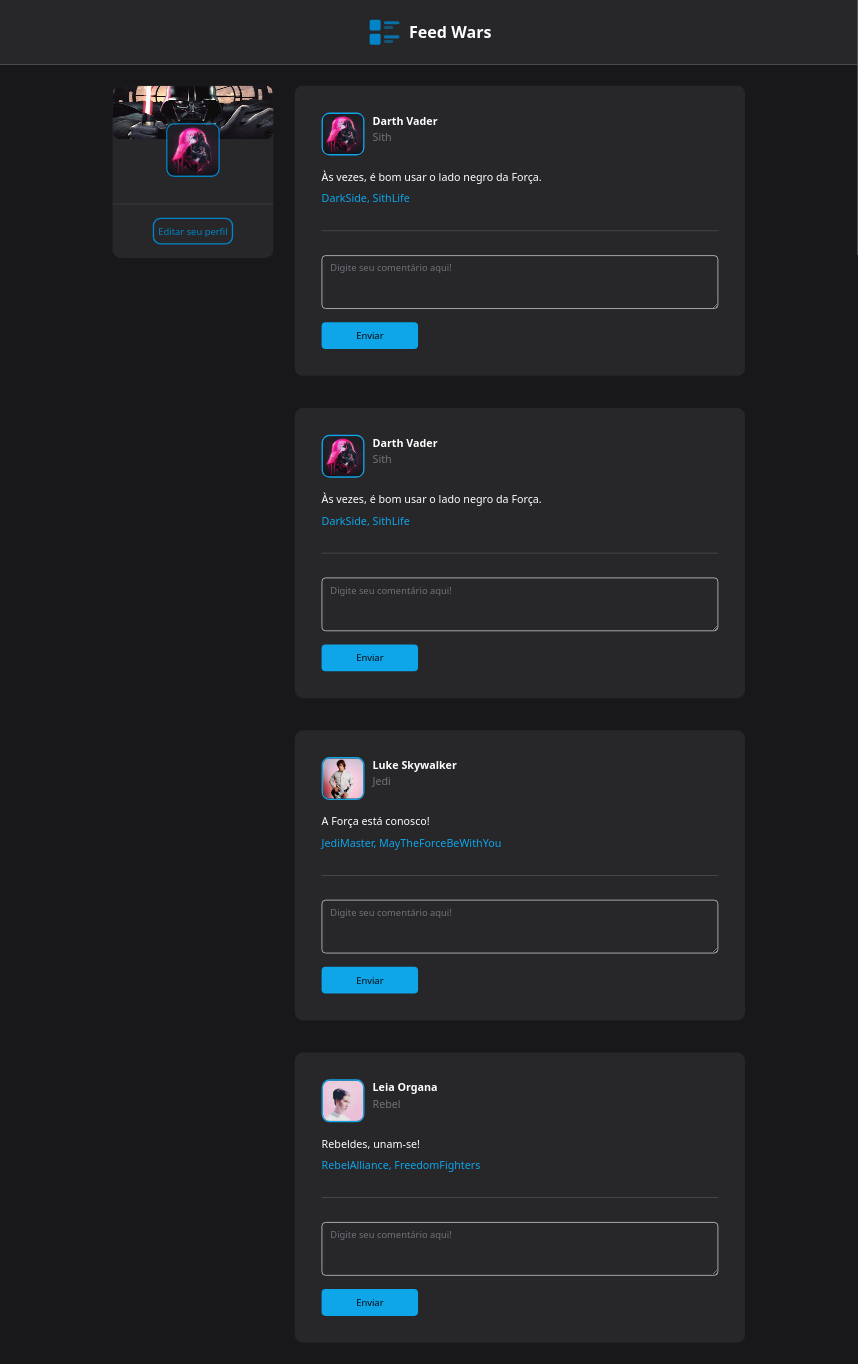
Repository: Brendadosanjos/FeedWars
Page: /
An editor plug-in stored every save of this project. The page is shown before and after the next save, followed by the edit.
The browser window is 1280 px wide. The pictures show the whole page, at 67% of full size.
The page's requests for data from a server got no answer. The project was rebuilt for these pictures with package versions that can differ from the ones it lists, and the page was loaded fresh each time. No one was signed in, and anything a server would have sent is missing. Requests to the local data server were answered from the project's data file. Also part of the build but not shown: vite.config.ts.

Above is the page before, as saved 2024-11-13 14:07:47.

After the next save:
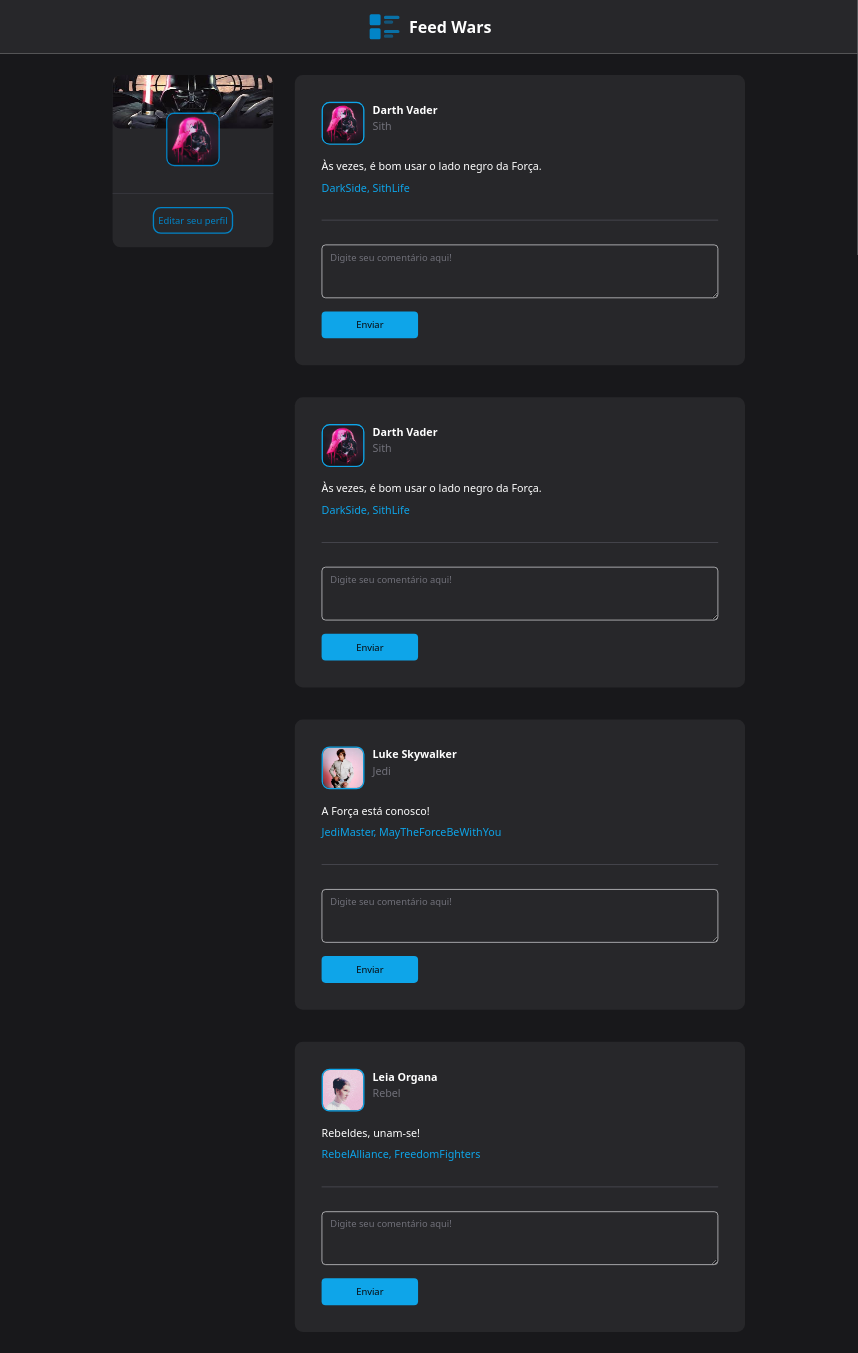
Saved 4 s later.
--- a/src/components/Title.tsx
+++ b/src/components/Title.tsx
@@ -1,7 +1,7 @@
 export function Title(){
     return(
         <>
-        <div className="flex bg-zinc-800 justify-center items-center h-24 w-screen text-2xl text-white font-bold gap-2 ">
+        <div className="flex bg-zinc-800 justify-center items-center h-20 w-screen text-2xl text-white font-bold gap-2 ">
         <img src="public/logo.d936f60f.svg" alt="" className="size-14"/>
         <h1>Feed Wars</h1>
         </div>
